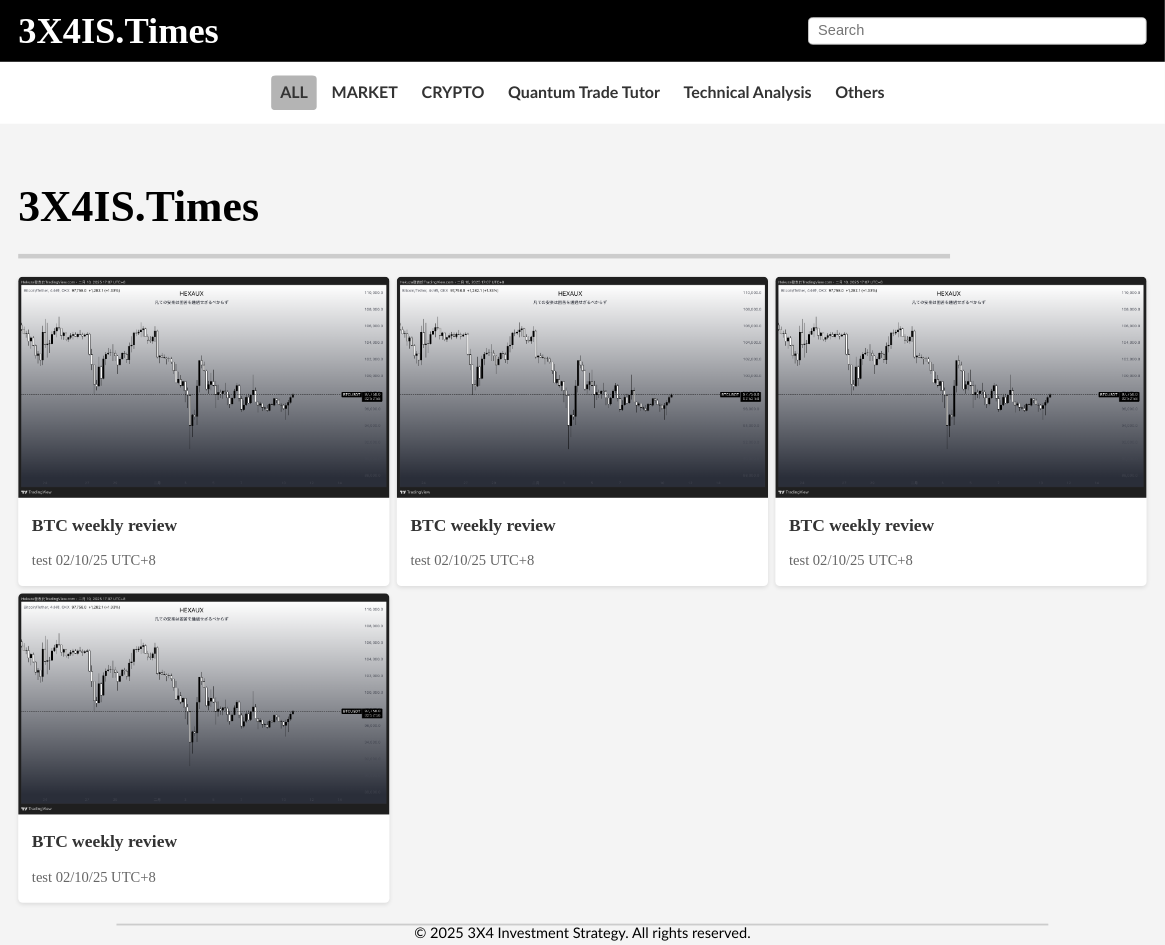
Repository: SongSongLook/songsonglook.github.io
Page: index.html
An editor plug-in stored every save of this project. The page is shown before and after the next save, followed by the edit.
The browser window is 1280 px wide. The pictures show the whole page, at 91% of full size.

Above is the page before, as saved 2025-02-13 22:35:51.

After the next save:
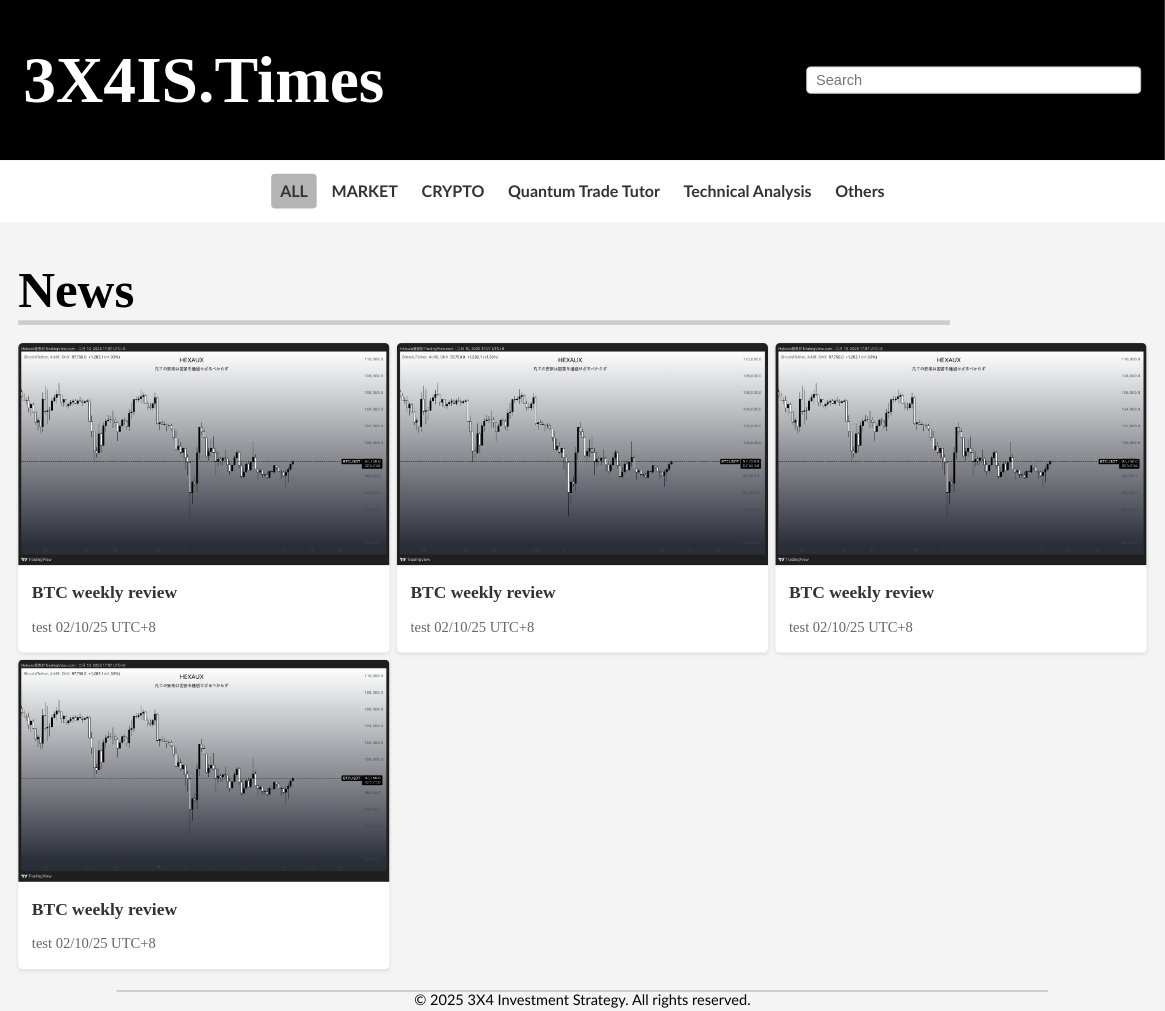
Saved 12 min 29 s later.
--- a/index.html
+++ b/index.html
@@ -43,7 +43,7 @@
     <button class="carousel-next">&gt;</button>
   </div>
 
-  <div class="logo-2">3X4IS.Times</div>
+  <div class="logo-2">News</div>
   <hr class="custom-divider">
 
   <main>
--- a/css/style.css
+++ b/css/style.css
@@ -39,7 +39,7 @@
   display: flex;
   justify-content: space-between;
   align-items: center;
-  padding: 10px 20px;  /* 根據需求調整內邊距 */
+  padding: 5% 2%;  /* 根據需求調整內邊距 */
   background-color: #000000; /* 若希望背景一致，可設定相同背景色 */
   line-height: 300%;
 }
@@ -48,7 +48,7 @@ a.logo {
   text-decoration: none;
   font-family: 'Times New Roman', Times, serif;
   color: #ffffff;  /* 根據需求調整顏色 */
-  font-size: 2.5rem;
+  font-size: 4.5rem;
   font-weight: bold;
 }
 
@@ -57,8 +57,9 @@ a.logo {
   font-family: 'Times New Roman', Times, serif;
   color: #000000;  /* 根據需求調整顏色 */
   padding: 1% 20px;
-  font-size: 3.0rem;
+  font-size: 3.5rem;
   font-weight: bold;
+  line-height: 75%;
 }
 
 .search-container {
